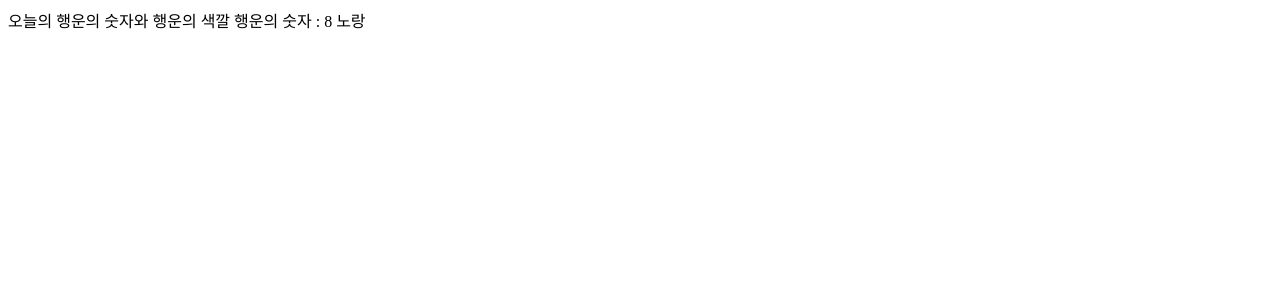
Repository: developedbyssony/JSP
Page: http://localhost/JSPbasic/jsptag/tag_quiz.jsp
The author's editor kept a copy of each file at every save. The page is drawn from the files as they stood at one save, then again after the next save.
The browser window is 1280 px wide. The pictures show the whole page.
The page is served by Tomcat 9. Other server files are loaded and not shown.

Above is the page before, as saved 2022-03-23 09:16:33.

### JSPbasic/src/main/webapp/jsptag/tag_quiz.jsp
<%@ page language="java" contentType="text/html; charset=UTF-8"
    pageEncoding="UTF-8"%>
<!DOCTYPE html>
<html>
<head>
<meta charset="UTF-8">
<title>Insert title here</title>
</head>
<body>
	<%!
		// int randomNumber() 메서드를 선언해주세요.
		// 정수 1~10까지의 난수를 발생시켜 리턴해줍니다.
		int randomNumber() {
			return (int)(Math.random() * 10) + 1;
	}

	String randomColor() {
			String[] arr = new String[3];
			arr[0] = "빨강";
			arr[1] = "파랑";
			arr[2] = "노랑";
			int num = (int)(Math.random() * 3);
			return arr[num];
			//return arr[(int)(Math.random() * 3)];
		}
	%>

	오늘의 행운의 숫자와 행운의 색깔
	행운의 숫자 : 	<%=  randomNumber()	%>
	<%=  randomColor()	%>
</body>
</html>

After the next save:
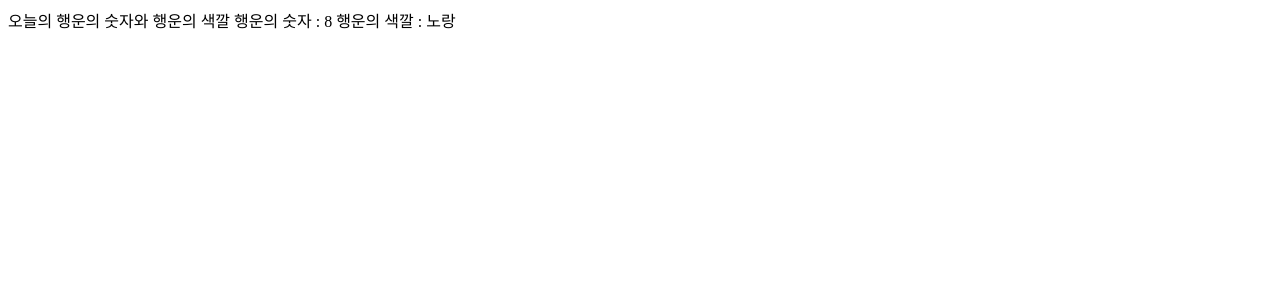
Saved 21 s later.
--- a/JSPbasic/src/main/webapp/jsptag/tag_quiz.jsp
+++ b/JSPbasic/src/main/webapp/jsptag/tag_quiz.jsp
@@ -21,12 +21,11 @@
 			arr[2] = "노랑";
 			int num = (int)(Math.random() * 3);
 			return arr[num];
-			//return arr[(int)(Math.random() * 3)];
 		}
 	%>
 
 	오늘의 행운의 숫자와 행운의 색깔
 	행운의 숫자 : 	<%=  randomNumber()	%>
-	<%=  randomColor()	%>
+	행운의 색깔 : <%=  randomColor()	%>
 </body>
 </html>
